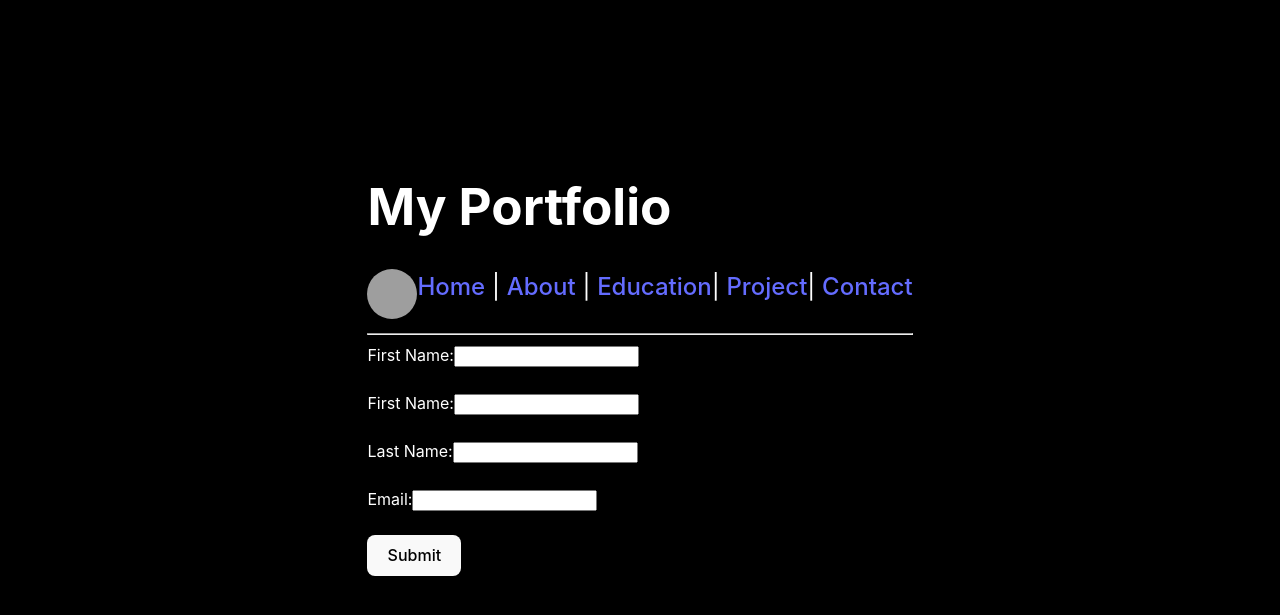
Repository: aislandmin/Personal-Portfolio-Express-MongoDB
Page: /project (app in client/)
The author's editor kept a copy of each file at every save. The page is drawn from the files as they stood at one save, then again after the next save.
The browser window is 1280 px wide. The pictures show the whole page.
Pictures or frames that could not be fetched are drawn as grey boxes. The project was rebuilt for these pictures with package versions that can differ from the ones it lists, and the page was loaded fresh each time. Also part of the build but not shown: client/vite.config.js, client/components/Home.jsx, client/src/about.css, client/src/about.jsx, client/contact/api-contact.js, client/src/contact.jsx, client/qualification/api-qualification.js, client/src/education.jsx.

Above is the page before, as saved 2024-10-12 00:48:59.

After the next save:
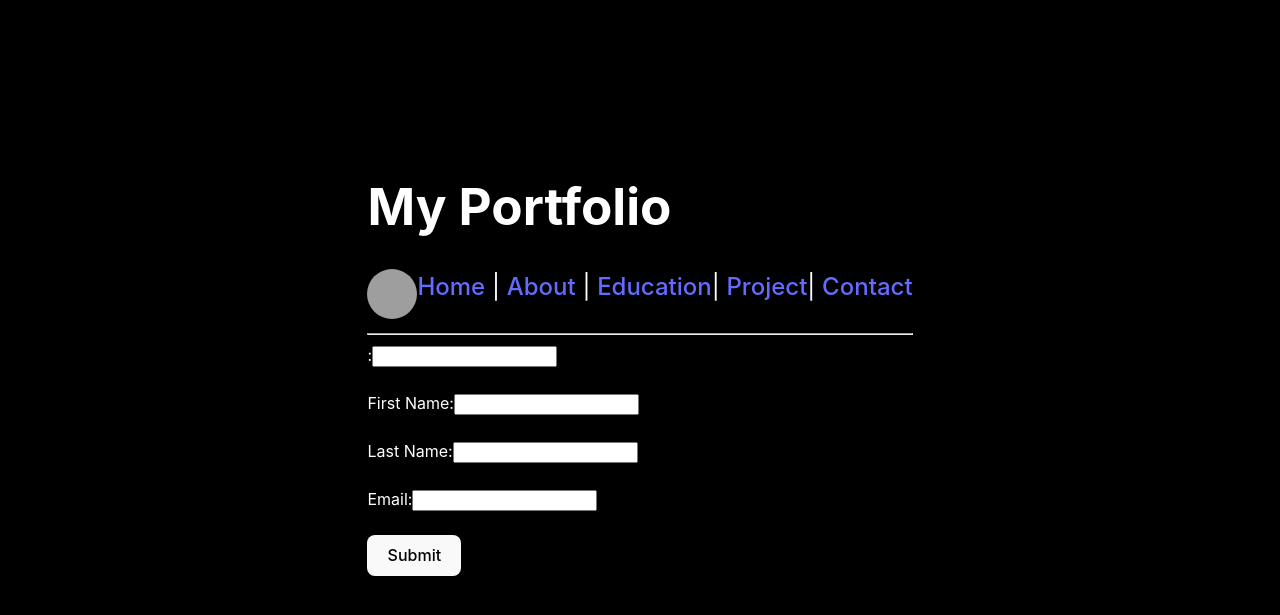
Saved 6 s later.
--- a/client/src/project.jsx
+++ b/client/src/project.jsx
@@ -111,7 +111,7 @@ export default function Project() {
         <form onSubmit={handleSubmit(submitForm)}>
 
           {/* Title */}
-          <label htmlFor="title">First Name:</label>
+          <label htmlFor="title">:</label>
           <input
             {...register("firstname", { required: "First name is required" })}
             value={values.firstname} onChange={handleChange('firstname')}
